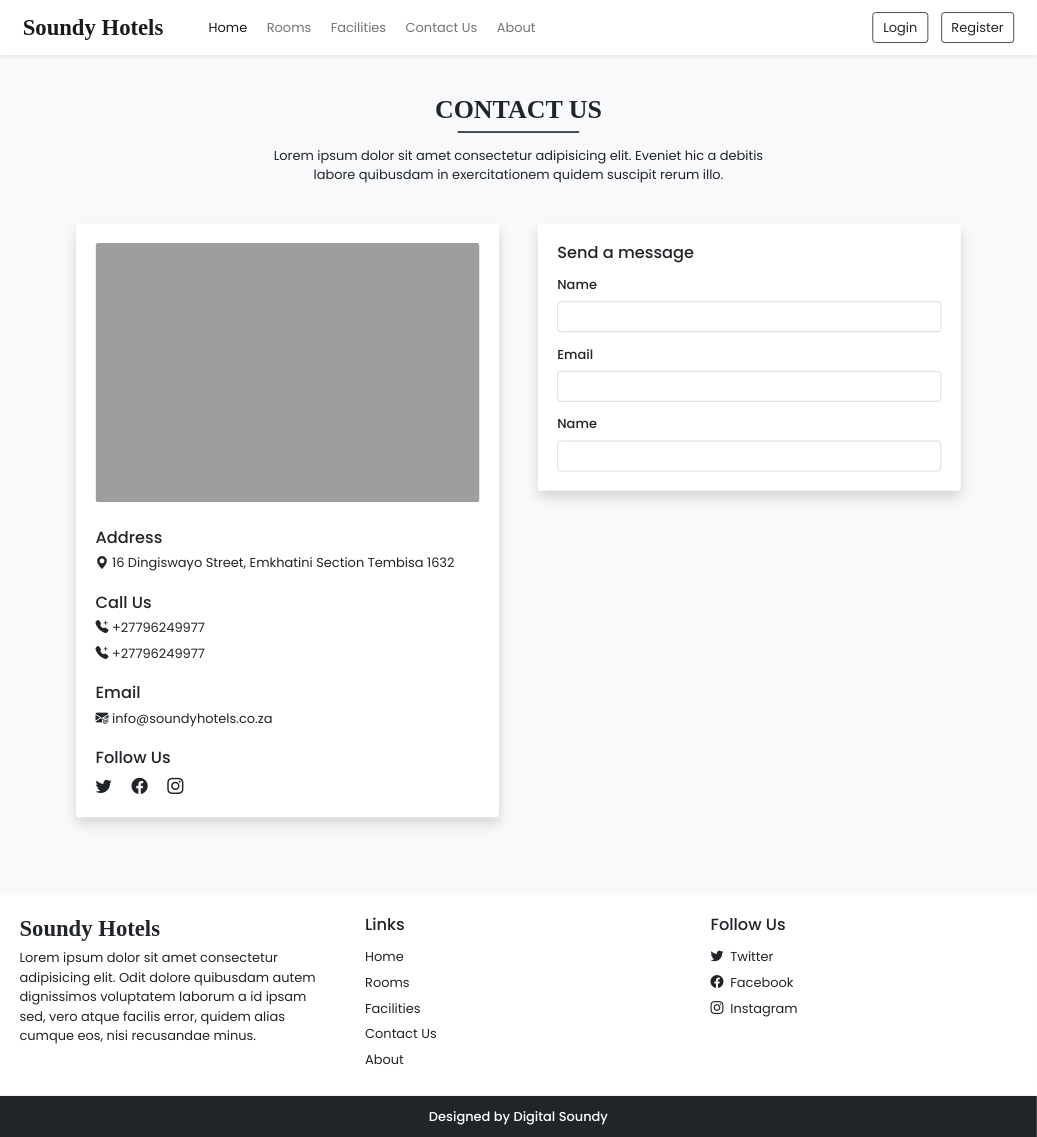
Repository: spencersoundy/Hotel-Booking-App
Page: http://localhost/contact.php
The author's editor kept a copy of each file at every save. The page is drawn from the files as they stood at one save, then again after the next save.
The browser window is 1280 px wide. The pictures show the whole page, at 81% of full size.
Pictures or frames that could not be fetched are drawn as grey boxes. Some web fonts or font styles are not loaded; a fallback is used. The page is run by PHP 8.4 with error messages shown; the project is at /var/www/html/.

Above is the page before, as saved 2023-08-05 00:00:58.

### contact.php
<!DOCTYPE html>
<html lang="en">
<head>
    <meta charset="UTF-8">
    <meta http-equiv="X-UA-Compatible" content="IE=edge">
    <meta name="viewport" content="width=device-width, initial-scale=1.0">
    <title>Soundy Hotels - CONTACT</title>
    <?php require('inc/links.php') ?>
</head>
<body class="bg-light">

<?php require('inc/header.php') ?>

<div class="my-5 px-4">
    <h2 class="fw-bold h-font text-center">CONTACT US</h2>
    <div class="h-line bg-dark"></div>
    <p class="text-center mt-3">
        Lorem ipsum dolor sit amet consectetur adipisicing elit.
        Eveniet hic a debitis <br> labore quibusdam in exercitationem
        quidem suscipit rerum illo.
    </p>
</div>

<div class="container">
    <div class="row">
        <div class="col-lg-6 col-md-6 mb-5 px-4">
            <div class="bg-white rounded shadow p-4">
                <iframe class="w-100 rounded mb-4" height="320px" src="https://www.google.com/maps/embed?pb=!1m18!1m12!1m3!1d3585.708810342345!2d28.2120409827257!3d-26.010354497291896!2m3!1f0!2f0!3f0!3m2!1i1024!2i768!4f13.1!3m3!1m2!1s0x1e956bf2ad5976c9%3A0x6f9e0753eef116a!2s16%20Dingiswayo%20St%2C%20Emkantini%2C%20Tembisa%2C%201632!5e0!3m2!1sen!2sza!4v1691170736196!5m2!1sen!2sza" loading="lazy"></iframe>

                    <h5>Address</h5>
                <a href="https://goo.gl/maps/Av7G3xEeVXWeW6kQ6" target="_blank" class="d-line-block text-decoration-none text-dark mb-2">
                <i class="bi bi-geo-alt-fill"></i> 16 Dingiswayo Street, Emkhatini Section Tembisa 1632
                </a>

                <h5 class="mt-4">Call Us</h5>
                <a href="Tell: +27796249977" class="d-inline-block mb-2 text-decoration-none text-dark">
                    <i class="bi bi-telephone-plus-fill"></i> +27796249977
                </a>
                <br>
                <a href="Tell: +27796249977" class="d-inline-block text-decoration-none text-dark">
                    <i class="bi bi-telephone-plus-fill"></i> +27796249977
                </a>

                <h5 class="mt-4">Email</h5>
                <a href="mailto: info@soundyhotels.co.za" class="d-inline-block text-decoration-none text-dark">
                    <i class="bi bi-envelope-at-fill"></i> info@soundyhotels.co.za
                </a>

                <h5 class="mt-4">Follow Us</h5>
                <a href="#" class="d-inline-block text-dark fs-5 me-3">
                        <i class="bi bi-twitter me-1"></i>
                </a>
                <a href="#" class="d-inline-block text-dark fs-5 me-3">
                        <i class="bi bi-facebook me-1"></i>
                </a>
                <a href="#" class="d-inline-block">
                        <i class="bi bi-instagram me-1 text-dark fs-5"></i>
                </a>
            </div>
        </div>
        <div class="col-lg-6 col-md-6 px-4">
            <div class="bg-white rounded shadow p-4">
                <form>
                    <h5>Send a message</h5>
                    <div class="mt-3">
                        <label class="form-label"style="font-weight: 500;">Name</label>
                        <input type="text" class="form-control shadow-none">
                    </div>
                    <div class="mt-3">
                        <label class="form-label"style="font-weight: 500;">Email</label>
                        <input type="email" class="form-control shadow-none">
                    </div>
                    <div class="mt-3">
                        <label class="form-label"style="font-weight: 500; ">Name</label>
                        <input type="text" class="form-control shadow-none">
                    </div>
                </form>
            </div>
        </div>
    </div>
</div>

<?php require('inc/footer.php')?>

</body>
</html>

### inc/links.php
<link href="https://cdn.jsdelivr.net/npm/bootstrap@5.0.2/dist/css/bootstrap.min.css" rel="stylesheet" integrity="sha384-EVSTQN3/azprG1Anm3QDgpJLIm9Nao0Yz1ztcQTwFspd3yD65VohhpuuCOmLASjC" crossorigin="anonymous">
<link href="https://fonts.googleapis.com/css2?family=Merienda:wght@400;700&family=Poppins:wght@400;500;600&display=swap" rel="stylesheet">
<link rel="stylesheet" href="https://cdn.jsdelivr.net/npm/bootstrap-icons@1.10.5/font/bootstrap-icons.css">
<link rel="stylesheet" href="css/common.css"/>

### inc/header.php
<nav class="navbar navbar-expand-lg navbar-light bg-white px-lg-3 py-lg-2 shadow-sm sticky-top">
    <div class="container-fluid">
        <a class="navbar-brand me-5 fw-bold fs-3 h-font" href="index.php">Soundy Hotels</a>
        <button class="navbar-toggler shadow-none" type="button" data-bs-toggle="collapse" data-bs-target="#navbarSupportedContent" aria-controls="navbarSupportedContent" aria-expanded="false" aria-label="Toggle navigation">
        <span class="navbar-toggler-icon"></span>
        </button>
        <div class="collapse navbar-collapse" id="navbarSupportedContent">
        <ul class="navbar-nav me-auto mb-2 mb-lg-0">
            <li class="nav-item">
            <a class="nav-link active me-2" aria-current="page" href="index.php">Home</a>
            </li>
            <li class="nav-item">
            <a class="nav-link me-2" href="#">Rooms</a>
            </li>
            <li class="nav-item">
            <a class="nav-link me-2" href="facilities.php">Facilities</a>
            </li><li class="nav-item">
            <a class="nav-link me-2" href="contact.php">Contact Us</a>
            </li><li class="nav-item">
            <a class="nav-link" href="about.php">About</a>
            </li>
        </ul>
        <div class="d-flex">
            <button type="button" class="btn btn-outline-dark shadow-none me-lg-3 me-2" data-bs-toggle="modal" data-bs-target="#loginModal">
                Login
            </button>
            <button type="button" class="btn btn-outline-dark shadow-none" data-bs-toggle="modal" data-bs-target="#registerModal">
                Register
            </button>
        </div>
        </div>
    </div>
    </nav>

    <div class="modal fade" id="loginModal" data-bs-backdrop="static" data-bs-keyboard="false" tabindex="-1" aria-labelledby="staticBackdropLabel" aria-hidden="true">
        <div class="modal-dialog">
            <div class="modal-content">
                <form>
                    <div class="modal-header">
                        <h5 class="modal-title d-flex align-items-center">
                            <i class="bi bi-person-circle fs-3 me-2"></i> User Login
                        </h5>
                        <button type="reset" class="btn-close shadow-none" data-bs-dismiss="modal" aria-label="Close"></button>
                    </div>
                    <div class="modal-body">
                    <div class="mb-3">
                        <label class="form-label">Email address</label>
                        <input type="email" class="form-control shadow-none">
                    </div>
                    <div class="mb-4">
                        <label class="form-label">Password</label>
                        <input type="password" class="form-control shadow-none">
                    </div>
                        <div class="d-flex align-items-center justify-content-between mb-2">
                            <button type="submit" class="btn btn-dark shadow-none">LOGIN</button>
                            <a href="javascript: void(0)" class="text-secondary text-decoration-none">Forgot Password?</a>
                        </div>
                    </div>
                </form>
            </div>
        </div>
    </div>

    <div class="modal fade" id="registerModal" data-bs-backdrop="static" data-bs-keyboard="false" tabindex="-1" aria-labelledby="staticBackdropLabel" aria-hidden="true">
        <div class="modal-dialog modal-lg">
            <div class="modal-content">
                <form>
            <div class="modal-header">
                <h5 class="modal-title d-fle align-items-center">
                    <i class="bi bi-person-lines-fill fs-3 me-2"></i> User Registration
                </h5>
                <button type="reset" class="btn-close shadow-none" data-bs-dismiss="modal" aria-label="Close"></button>
            </div>
            <div class="modal-body">
                <span class="badge rounded-pill bg-light text-dark mb-3 text-wrap lh-base">
                    Note: Your details must match with your ID (ID book/card, passport, drivers license, etc.)
                    that will be required during check-in.
                </span>
                <div class="container-fluid">
                    <div class="row">
                        <div class="col-md-6 ps-0 mb-3">
                            <label class="form-label">Name</label>
                            <input type="text" class="form-control shadow-none">
                        </div>
                        <div class="col-md-6 p-0 mb-3">
                            <label class="form-label">Email</label>
                            <input type="email" class="form-control shadow-none">
                        </div>
                        <div class="col-md-6 ps-0 mb-3">
                            <label class="form-label">Phone Number</label>
                            <input type="number" class="form-control shadow-none">
                        </div>
                        <div class="col-md-6 p-0 mb-3">
                            <label class="form-label">Picture</label>
                            <input type="file" class="form-control shadow-none">
                        </div>
                        <div class="col-md-12 p-0 mb-3">
                            <label class="form-label">Address</label>
                            <textarea class="form-control shadow-none" rows="1"></textarea>
                        </div>
                        <div class="col-md-6 ps-0 mb-3">
                            <label class="form-label">Pincode</label>
                            <input type="number" class="form-control shadow-none">
                        </div>
                        <div class="col-md-6 p-0 mb-3">
                            <label class="form-label">Date of birth</label>
                            <input type="date" class="form-control shadow-none">
                        </div>
                        <div class="col-md-6 ps-0 mb-3">
                            <label class="form-label">Password</label>
                            <input type="password" class="form-control shadow-none">
                        </div>
                        <div class="col-md-6 p-0 mb-3">
                            <label class="form-label">Confirm Password</label>
                            <input type="password" class="form-control shadow-none">
                        </div>
                    </div>
                </div>
                <div class="text-center my-1">
                    <button type="submit" class="btn btn-dark shadow-none">REGISTER</button>
                </div>
            </div>
            </form>
            </div>
  </div>
</div>

### inc/footer.php
<div class="container-fluid bg-white mt-5">

        <div class="row">
            <div class="col-lg-4 p-4">
                <h3 class="h-font fw-bold fs-3 mb-2">Soundy Hotels</h3>
                <p>
                    Lorem ipsum dolor sit amet consectetur adipisicing elit.
                    Odit dolore quibusdam autem dignissimos voluptatem laborum a id ipsam sed,
                    vero atque facilis error, quidem alias cumque eos, nisi recusandae minus.
                </p>
            </div>
            <div class="col-lg-4 p-4">
                <h5 class="mb-3">Links</h5>
                <a href="#" class="d-inline-block mb-2 text-dark text-decoration-none">Home</a><br>
                <a href="#" class="d-inline-block mb-2 text-dark text-decoration-none">Rooms</a><br>
                <a href="#" class="d-inline-block mb-2 text-dark text-decoration-none">Facilities</a><br>
                <a href="#" class="d-inline-block mb-2 text-dark text-decoration-none">Contact Us</a><br>
                <a href="#" class="d-inline-block mb-2 text-dark text-decoration-none">About</a>
            </div>
            <div class="col-lg-4 p-4">
                <h5 class="mb-3">Follow Us</h5>
                <a href="#" class="d-inline-block text-dark text-decoration-none mb-2">
                    <i class="bi bi-twitter me-1"></i> Twitter
                </a><br>
                <a href="#" class="d-inline-block text-dark text-decoration-none mb-2">
                    <i class="bi bi-facebook me-1"></i> Facebook
                </a><br>
                <a href="#" class="d-inline-block text-dark text-decoration-none">
                    <i class="bi bi-instagram me-1"></i> Instagram
                </a><br>
            </div>
        </div>
    </div>
</div>

    <h6 class="text-center bg-dark text-white p-3 m-0">Designed by Digital Soundy</h6>

    <script src="https://cdn.jsdelivr.net/npm/bootstrap@5.0.2/dist/js/bootstrap.bundle.min.js" integrity="sha384-MrcW6ZMFYlzcLA8Nl+NtUVF0sA7MsXsP1UyJoMp4YLEuNSfAP+JcXn/tWtIaxVXM" crossorigin="anonymous"></script>

### css/common.css
:root{
    --teal: #2ec1ac;
    --teal_hover: #279e8c;
}

*{
    font-family: 'Poppins', sans-serif;
}
.h-font{
    font-family: 'Merienda', cursive;
}

input::-webkit-outer-spin-button,
input::-webkit-inner-spin-button {
-webkit-appearance: none;
margin: 0;
}

input[type=number] {
-moz-appearance: textfield;
}

.custom-bg{
    background-color: var(--teal);
    border: 1px solid var(--teal);
}
.custom-bg:hover{
    background-color: var(--teal_hover);
    border-color: var(--teal_hover);
}

.h-line{
    width: 150px;
    margin: 0 auto;
    height: 1.7px;
}

After the next save:
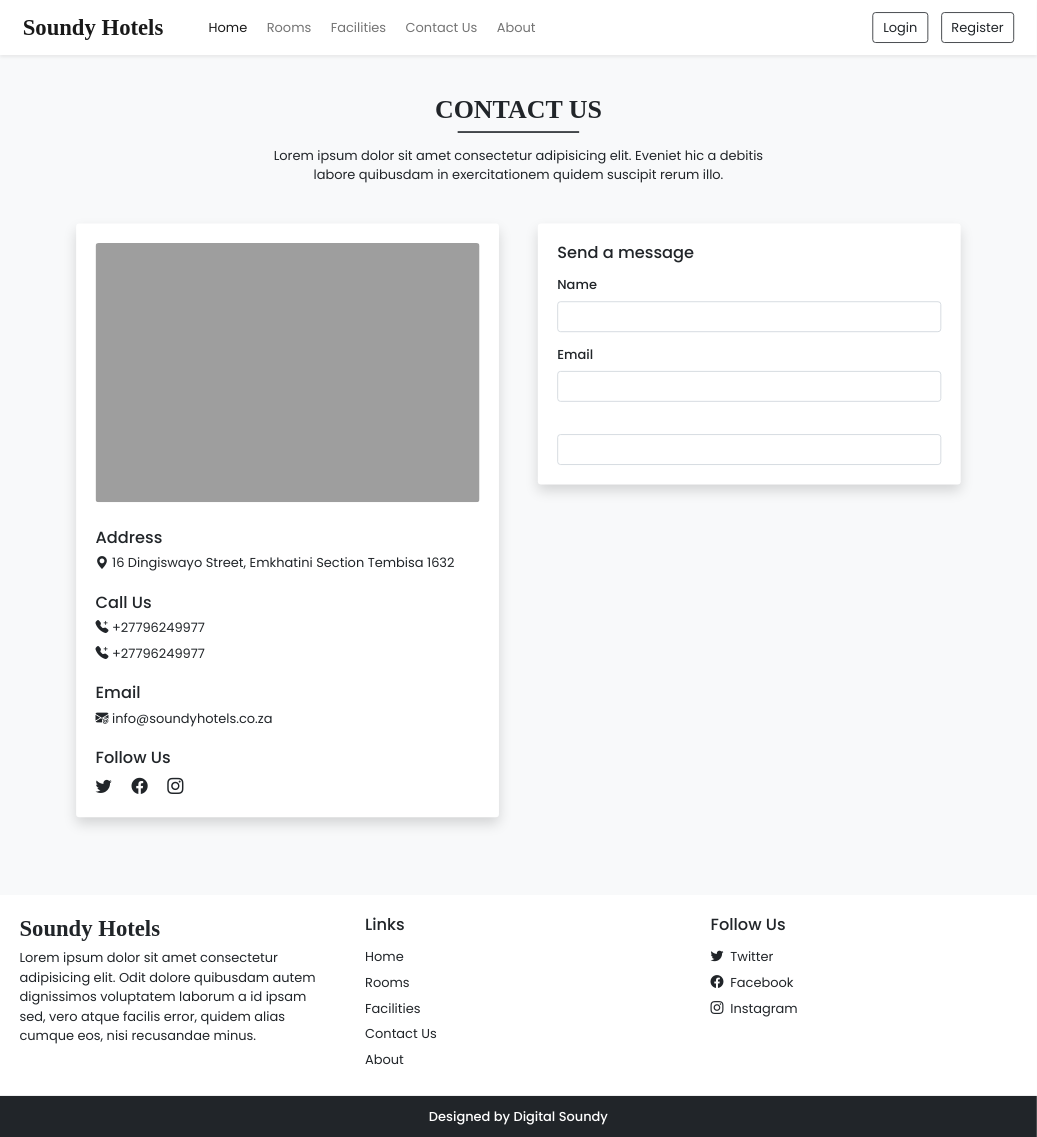
Saved 7 s later.
--- a/contact.php
+++ b/contact.php
@@ -71,7 +71,7 @@
                         <input type="email" class="form-control shadow-none">
                     </div>
                     <div class="mt-3">
-                        <label class="form-label"style="font-weight: 500; ">Name</label>
+                        <label class="form-label"style="font-weight: 500; "></label>
                         <input type="text" class="form-control shadow-none">
                     </div>
                 </form>

After the save that followed:
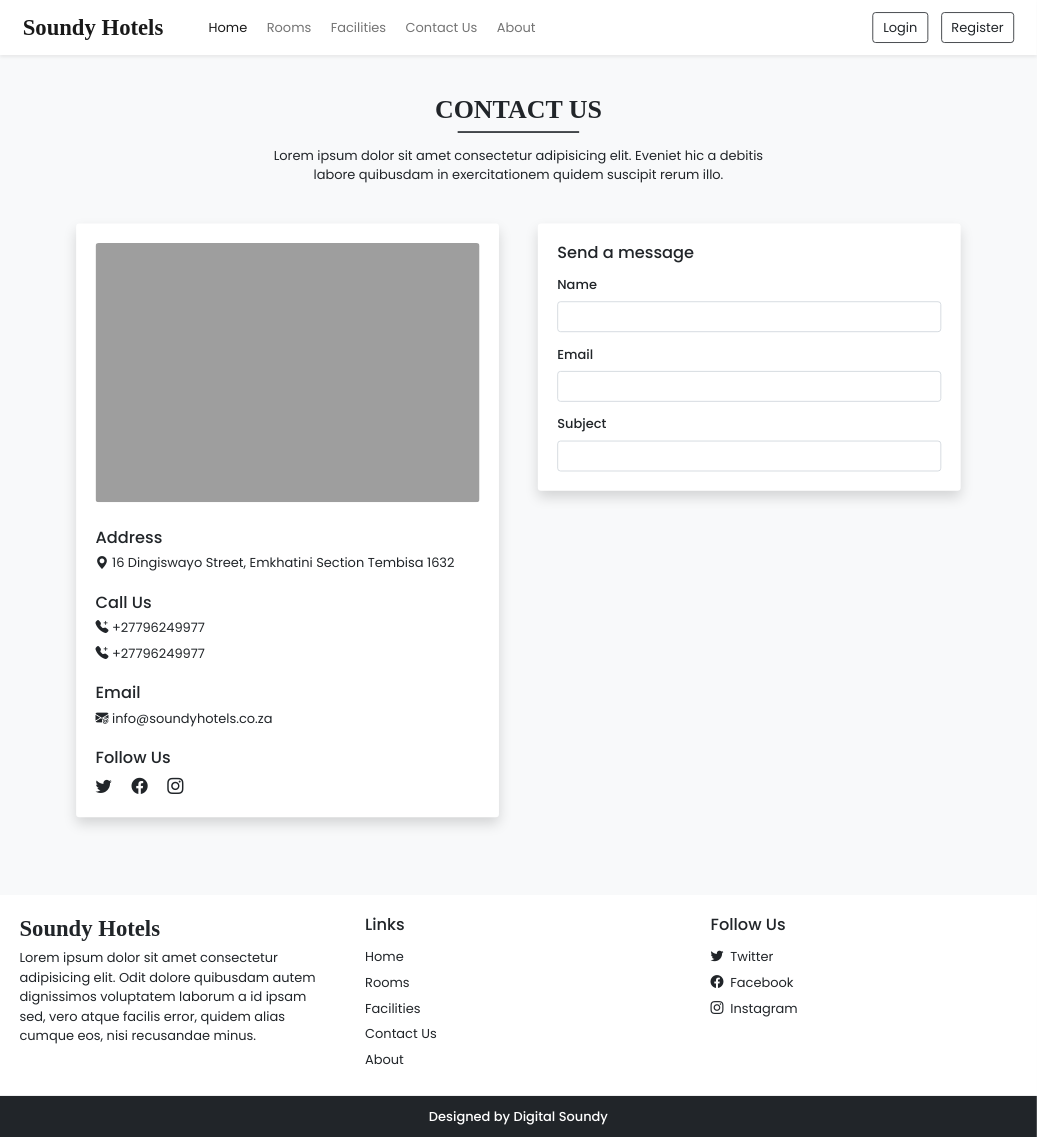
Saved 4 s later.
--- a/contact.php
+++ b/contact.php
@@ -71,7 +71,7 @@
                         <input type="email" class="form-control shadow-none">
                     </div>
                     <div class="mt-3">
-                        <label class="form-label"style="font-weight: 500; "></label>
+                        <label class="form-label"style="font-weight: 500; ">Subject</label>
                         <input type="text" class="form-control shadow-none">
                     </div>
                 </form>
